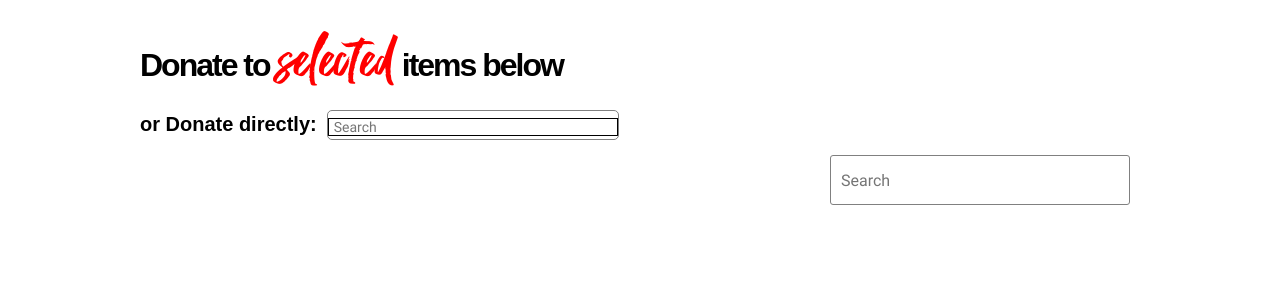
Repository: David-Waite/edableStyleChanges
Page: /
The author's editor kept a copy of each file at every save. The page is drawn from the files as they stood at one save, then again after the next save.
The browser window is 1280 px wide. The pictures show the whole page.
The project was rebuilt for these pictures with package versions that can differ from the ones it lists, and the page was loaded fresh each time. Also part of the build but not shown: src/components/Item/ProgressBar.css, src/components/Volunteer/Volunteer.tsx, src/components/DonorForm/Message.css, src/components/Volunteer/VolunteerError.tsx, src/components/Default.tsx, src/components/DonorForm/Paypal.tsx, src/components/DonorForm/DonorForm.tsx, src/components/DonorForm/PastDonations.css and 8 more.

Above is the page before, as saved 2022-11-09 19:17:31.

### public/index.html
<!DOCTYPE html>
<html lang="en">
  <head>
    <meta charset="utf-8" />
    <link rel="icon" href="%PUBLIC_URL%/favicon.ico" />
    <meta name="viewport" content="width=device-width, initial-scale=1" />
    <meta name="theme-color" content="#000000" />
    <meta name="description" content="EdAble Donations System" />
    <link rel="apple-touch-icon" href="%PUBLIC_URL%/logo192.png" />
    <link rel="manifest" href="%PUBLIC_URL%/manifest.json" />
    <link
      rel="stylesheet"
      href="https://cdn.jsdelivr.net/npm/bootstrap@5.2.0-beta1/dist/css/bootstrap.min.css"
      integrity="sha384-0evHe/X+R7YkIZDRvuzKMRqM+OrBnVFBL6DOitfPri4tjfHxaWutUpFmBp4vmVor"
      crossorigin="anonymous"
    />
    <title>EdAble Donations</title>
  </head>
  <body>
    <noscript>You need to enable JavaScript to run this app.</noscript>
    <div id="root"></div>
  </body>
  <script src="./iframeResizer.contentWindow.min.js"></script>
</html>

### src/index.tsx
import React from 'react';
import ReactDOM from 'react-dom/client';
import './index.css';
import App from './App';
import reportWebVitals from './reportWebVitals';
import './fonts/Roboto/Roboto-Medium.ttf';
import './fonts/Lora/Lora-VariableFont_wght.ttf';

const root = ReactDOM.createRoot(
  document.getElementById('root') as HTMLElement
);
root.render(
  <React.StrictMode>
    <App />
  </React.StrictMode>
);

// If you want to start measuring performance in your app, pass a function
// to log results (for example: reportWebVitals(console.log))
// or send to an analytics endpoint. Learn more: https://bit.ly/CRA-vitals
reportWebVitals();

### src/index.css
body {
  margin: 0;
  -webkit-font-smoothing: antialiased;
  -moz-osx-font-smoothing: grayscale;
}

code {
  font-family: source-code-pro, Menlo, Monaco, Consolas, "Courier New",
    monospace;
}

* {
  box-sizing: border-box;
}

#page-wrap {
  padding-bottom: 10px;
  padding-top: 10px;
}
@font-face {
  font-family: "Roboto";
  src: local("Roboto"),
    url("./fonts/Roboto/Roboto-Medium.ttf") format("truetype");
}

@font-face {
  font-family: "Lora";
  src: local("Lora"),
    url("./fonts/Lora/Lora-VariableFont_wght.ttf") format("truetype");
}

@font-face {
  font-family: "black_stonealternative";
  src: local("blackStone"),
    url("./fonts/BlackStone/blackstone-alternative-webfont.woff") format("woff");
}

h1 {
  font-family: "Roboto";
  font-style: normal;
  font-weight: 700;
  font-size: 52px;
  line-height: 64px;
  /* identical to box height, or 123% */
  color: #000000;
}

h2 {
  font-family: "Lora";
  font-style: normal;
  font-weight: 700;
  font-size: 47px;
  line-height: 60px;
  /* identical to box height, or 128% */
  color: #f1f1f1;
}

h3 {
  font-family: "Lora";
  font-style: normal;
  font-weight: 700;
  font-size: 40px;
  line-height: 51px;
  color: #c4c4c4;
}

h4 {
  font-family: "Roboto";
  font-style: normal;
  font-weight: 700;
  font-size: 35px;
  line-height: 43px;
  /* identical to box height, or 123% */
  letter-spacing: 0.02em;
  color: #000000;
}

h5 {
  font-family: "Roboto";
  font-style: normal;
  font-weight: 700;
  font-size: 28px;
  line-height: 44px;
  /* identical to box height, or 157% */
  color: #000000;
}

h6 {
  font-family: "Roboto";
  font-style: normal;
  font-weight: 700;
  font-size: 21px;
  line-height: 25px;
  /* identical to box height */
  color: #000000;
}

body {
  font-family: "Roboto";
  font-style: normal;
  font-weight: 400;
  font-size: 21px;
  line-height: 32px;
  /* identical to box height, or 152% */
  color: #000000;
}

### src/App.tsx
import React from "react";
import "./App.css";
import { BrowserRouter, Routes, Route } from "react-router-dom";

import { PayPalScriptProvider } from "@paypal/react-paypal-js";
import Base from "./components/Base";
import Landing from "./components/Landing/Landing";
import Volunteer from "./components/Volunteer/Volunteer";
import VolunteerError from "./components/Volunteer/VolunteerError";
import Default from "./components/Default";
import Organisation from "./components/Organisation/Organisation";
import ItemPage from "./components/Item/ItemPage";
import Success from "./components/DonorForm/Success";
import Cancel from "./components/DonorForm/Cancel";
import PastDonations from "./components/DonorForm/PastDonations";
import PastItemDonations from "./components/DonorForm/PastItemDonations";
import DonateTime from "./components/Volunteer/DonateTime";

function App() {
  return (
    <PayPalScriptProvider
      options={{
        "client-id":
        process.env.REACT_APP_PAYPAL_CLIENT_ID||"ATT3Tn46NrmHggGqVC4mzWOZWlnbp2ID9DA0yQnhsgqPFIVPPlLhfSI_-atbZc3aN7n_k7wUVTyQJMnI",
        currency: "AUD",
      }}
    >
      <BrowserRouter>
        <Routes>
          <Route path="/" element={<Base />}>
            <Route path="/" element={<Landing />} />
            <Route path="volunteer" element={<Volunteer />} />
            <Route path="success" element={<Success />} />
            <Route path="organisation/:orgId" element={<Organisation />} />
            <Route path="cancel/:orgId" element={<Cancel />} />
            <Route path="volunteererror/:orgId" element={<VolunteerError />} />
            <Route path="organisation/:orgId" element={<PastDonations />} />
            <Route path="item/:orgID/:itemID" element={<ItemPage />} />
            <Route path="item/:orgID/:itemID" element={<PastItemDonations />} />
            <Route path="volunteer/organisation/:orgId" element={<DonateTime />} />
            <Route path="volunteer/success" element={<Success />} />

            {/* Using path="*"" means "match anything", so this route
                acts like a catch-all for URLs that we don't have explicit
              routes for. */}
            <Route path="*" element={<Default />} />
          </Route>
        </Routes>
      </BrowserRouter>
    </PayPalScriptProvider>
  );
}

export default App;

### src/App.css
.App {
  text-align: center;
}

.App-logo {
  height: 40vmin;
  pointer-events: none;
}

@media (prefers-reduced-motion: no-preference) {
  .App-logo {
    animation: App-logo-spin infinite 20s linear;
  }
}

.App-header {
  background-color: #282c34;
  min-height: 100vh;
  display: flex;
  flex-direction: column;
  align-items: center;
  justify-content: center;
  font-size: calc(10px + 2vmin);
  color: white;
}

.App-link {
  color: #61dafb;
}

@keyframes App-logo-spin {
  from {
    transform: rotate(0deg);
  }
  to {
    transform: rotate(360deg);
  }
}

.font-face-rob {
  font-family: "Roboto";
}

.font-face-lora {
  font-family: "Lora";
}

.font-face-Black {
  font-family: "black_stonealternative";
}

### src/components/Base.tsx
import { Outlet } from 'react-router-dom';

function BasePage() {
  return (
    <>
      {/* An <Outlet> renders whatever child route is currently active,
          so you can think about this <Outlet> as a placeholder for
        the child routes we defined above. */}
      <Outlet/>
    </>
  );
}

export default BasePage;

### src/components/Landing/Landing.tsx
import { useEffect, useState } from "react";
import "./Landing.css";
import { Link } from "react-router-dom";
import { db } from "../../config/firebase";
import { collection, query, onSnapshot, where } from "firebase/firestore";
import { Button, Container, Carousel, Row, Col } from "react-bootstrap";
import { ReactComponent as InclusionHero } from "./InclusionHero.svg";

import Sidebar from "./Sidebar";
import ItemsCollection from "./ItemsCollection";
import Organisation from "../Organisation/Organisation";

function Landing() {
  const [orgList, setOrgList] = useState<any>([]);

  // gets all the orgs from dbs
  useEffect(() => {
    const q = query(
      collection(db, "Organisations"),
      where("activeStatus", "==", true)
    );
    onSnapshot(q, (querySnapshot) => {
      // setOrgList dumps all the orgs in orgList
      setOrgList(
        querySnapshot.docs.map((doc) => ({
          id: doc.id,
          data: doc.data(),
        }))
      );
    });
  }, []);

  useEffect(() => {
    window.scrollTo(0, 0);
  }, []);

  return (
    //   these lines set up the format of the page
    <>
      <div className="landing">
        {/* Burger menu */}

        <div className="App" id="outer-container">
          {/* Carousel */}
          <div className="slideshowCon">
            <Row>
              <Col>
                <div className="carouselContainer">
                  <Carousel
                    touch={true}
                    interval={4000}
                    indicators={true}
                    variant="light"
                  >
                    {orgList.map((org: any) => (
                      <Carousel.Item
                        key={org.id.toString()}
                        style={{
                          textAlign: "left",
                        }}
                      >
                        <Link
                          to={`organisation/${org.id}`}
                          style={{
                            textDecoration: "none",
                            color: "black",
                          }}
                        >
                          {/* this div contains the carousel item's contents and makes the whole carousel item a link (based on link tag above) */}
                          <div className="carousel-contents">
                            <img
                              className="carouselImage"
                              src={`${org.data.img}`}
                            />

                            <div className="caroursel-text">
                              <div className="carousel-contents-bottom">
                                <div>
                                  {" "}
                                  <h2 className="title">{org.data.name}</h2>
                                  <p className="orgSummary">
                                    {org.data.summary}
                                  </p>
                                </div>

                                <Button
                                  className="btnContribute"
                                  variant="warning"
                                >
                                  DONATE TO&#160;
                                  {org.data.name.toUpperCase()}!
                                </Button>
                              </div>
                            </div>
                          </div>
                        </Link>
                      </Carousel.Item>
                    ))}
                  </Carousel>
                </div>
              </Col>
            </Row>
          </div>
        </div>

        <div>
          <h2 className="pageTitle">
            Donate to <span>selected</span> items below
            <br />
          </h2>
          <div className="selectOrgCon">
            <h2 className="selectOrg">or Donate directly:</h2>
            <div className="orgSearchBar">
              <input className="input" type="text" placeholder="Search" />
            </div>
          </div>
        </div>

        <ItemsCollection orgList={orgList} />
      </div>
    </>
  );
}

export default Landing;

### src/components/Landing/Landing.css
.carousel-control-next,
.carousel-control-prev {
  width: 10%;
}

.landing {
  max-width: 1000px;

  margin: 0px auto 90px;
}
.pageTitle {
  font-size: 32px;
  color: black;
  font-family: sans-serif;
  margin-top: 60px;
  margin-bottom: 40px;
  letter-spacing: -2px;
  line-height: 0px;
  font-weight: 700;
}

.title {
  font-size: 32px;
  color: white;
  font-family: sans-serif;
}
.pageTitle span {
  font-family: "black_stonealternative";
  margin-left: 0px;
  margin-right: 0px;
  font-size: 55px;
  letter-spacing: 1px;
  font-weight: 100;
}

.selectOrg {
  font-size: 20px;
  color: black;
  font-family: sans-serif;
  padding-top: 5px;
  font-weight: 700;
}
.selectOrgCon {
  height: 40px;
  display: flex;
  align-items: center;
  margin-bottom: 0px;
}

.orgSearchBar input {
  height: 30px;
  display: flex;
  align-items: center;
}

.orgSearchBar input::placeholder {
  padding-left: 5px;
  font-size: 14px;
  border: 1px solid black;
}

.orgSearchBar {
  margin-left: 10px;
}
.col {
  padding: 0;
}

.navBarContainer {
  margin-left: 30px;
  margin-top: 10px;
  position: absolute;
  color: white;
}

.carousel {
  /* margin: 3px; */
  /* border-radius: 30px; */

  color: white;
  /* height: ; */
}

.carouselImage {
  object-fit: cover;
  height: calc(500px - 140px);
}

.carousel-contents {
  display: flex;

  flex-direction: column;
  justify-content: flex-end;

  color: white;
  height: 500px;
}

.carousel-indicators {
  margin-bottom: 10px;
}

.carousel-contents-bottom {
  display: flex;
  align-items: center;
  justify-content: space-between;
  gap: 10px;

  margin-bottom: 30px;
}

.caroursel-text {
  padding: 0px 25px;
  height: 140px;
  background-color: #333333;
}

.btnContribute {
  background-color: #e50040;
  color: white;
  border: none;
  border-radius: 3px;
}

.btnContribute span {
  margin-left: 3px;
  font-size: 16px;
  font-weight: 400;
  color: white;
}

.btnContribute div {
  font-size: 16px;
  font-weight: 400;
  margin: 0;
}

.btnContribute:hover {
  background-color: #d4033e;
  color: white;
}

.orgSummary {
  font-size: 16px;
  line-height: 25px;
  margin-bottom: 0px;
}

.imgCarousel {
  width: 100%;
  height: 600px;
}

.orgList {
  font-family: sans-serif;
  font-size: 20px;
  color: black;
}

.orgListCon {
  display: flex;
  align-items: center;
}
@media (max-width: 1040px) {
  .landing {
    padding: 0 20px;
  }
}

@media (max-width: 900px) {
  .title {
    font-size: 28px !important;
  }
}

@media (max-width: 800px) {
  .carousel-contents-bottom {
    flex-direction: column;
    align-items: flex-start;

    gap: 0px;
  }
  .caroursel-text {
    height: 200px;
  }
}

@media (max-width: 500px) {
  .btnContribute div {
    width: 100%;
  }

  .caroursel-text {
    height: 220px;
  }
}

@media (max-width: 370px) {
  .btnContribute {
    margin-top: -10px;
    font-size: 10px;
  }
}

@media (max-width: 325px) {
  .btnContribute span {
    font-size: 9px;
  }
}

/* #carousel-indicators {
    color:rgb(17, 0, 61)
} */

/* Button {
  font-size: x-small;
  style={{ backgroundImage: `url(${org.data.img})` }}




   <img
                              className="imgCarousel"
                              src={org.data.img}
                              alt={`${org.data.name}` + "'s logo"}
                            />
} */

### src/components/Landing/ItemsCollection.tsx
import { useState, useEffect } from "react";
import {
  collectionGroup,
  query,
  onSnapshot,
  collection,
  where,
  getDocs,
} from "firebase/firestore";
import { db } from "../../config/firebase";
import Card from "react-bootstrap/Card";
import ProgressBar from "react-bootstrap/ProgressBar";
import { Link } from "react-router-dom";
import styles from "./ItemsCollection.module.css";
import "../Item/ProgressBar.css";

function ItemsCollection(props: any) {
  const [itemList, setItemList] = useState<any>([]);
  const [search, setSearch] = useState<string>("");

  useEffect(() => {
    const q = query(
      collectionGroup(db, "Items"),
      where("activeStatus", "==", true)
    );

    onSnapshot(q, async (querySnapshot) => {
      setItemList(
        querySnapshot.docs.map((doc) => ({
          id: doc.id,
          data: doc.data(),
          parentDoc: doc.ref.parent.parent?.id,
        }))
      );
    });
  }, []);

  function mergeLists() {
    const mergeList: any = [];
    itemList.map((item: any) => {
      props.orgList.map((org: any) => {
        if (item.parentDoc === org.id) {
          if (item.data.activeStatus === true) {
            mergeList.push({
              ...item,
              orgName: org.data.name,
              orgActiveStatus: org.data.activeStatus,
            });
          }
        }
      });
    });
    return mergeList;
  }

  const mergeList = mergeLists();

  const handleChange = (e: React.ChangeEvent<HTMLInputElement>) => {
    setSearch(e.target.value);
  };
  const filteredItems = mergeList.filter((item: any) =>
    item.data.name.toLowerCase().includes(search.toLowerCase())
  );

  return (
    <>
      <div className={styles.containerDiv}>
        <div
          className={styles.searchBar}
          style={{
            borderRadius: "3px",
            display: "flex",
            alignItems: "right",
            justifyContent: "right",
          }}
        >
          <input
            style={{ fontSize: "16px" }}
            className={styles.input}
            type="text"
            onChange={handleChange}
            placeholder="Search"
          />
        </div>

        <div className={styles.cardParentDiv}>
          {filteredItems.map((item: any) => (
            <div key={item.id.toString()} className={styles.cards}>
              <div className={styles.cardImage}>
                <img src={item.data.img} alt={`Image of  ${item.data.name}`} />
              </div>

              <div className={styles.cardBody}>
                <div>
                  <h3 className={styles.cardTitle}>
                    {item.orgName}:
                    <br />
                    <span>{item.data.name}</span>
                  </h3>

                  <p className={styles.cardDes}>{item.data.summary}</p>
                </div>

                <div className={styles.bottomHalfCard}>
                  <p>
                    ${item.data.totalDonationsValue || 0} of $
                    {item.data.initialPrice}
                  </p>
                  <ProgressBar
                    striped
                    now={
                      item.data.totalDonationsValue
                        ? (item.data.totalDonationsValue /
                            item.data.initialPrice) *
                          100
                        : 0
                    }
                    label={`${Math.round(
                      (item.data.totalDonationsValue / item.data.initialPrice) *
                        100
                    )}%`}
                  />
                  <Link
                    style={{
                      textDecoration: "none",
                      color: "black",
                    }}
                    to={`item/${item.parentDoc}/${item.id}`}
                  >
                    <div className={styles.btn}>DONATE NOW!</div>
                  </Link>
                </div>
              </div>
            </div>
          ))}
        </div>
      </div>
    </>
  );
}

export default ItemsCollection;

### src/components/Organisation/Organisation.module.css
.body {
  background-color: black;
}

* {
  margin: 0;
  padding: 0;
}

img {
  max-width: 100%;
}

.section {
  max-width: 1000px;
  margin: 0 auto;
  background-color: white;
}

.orgName,
.volunteerOrgName span {
  font-family: "black_stonealternative";
  margin-left: 0px;
  margin-right: 0px;
  font-size: 55px;
  font-weight: 100;
  color: #5e17a9;
  line-height: 45px;
}

.orgNameSpan,
.volunteerOrgName {
  font-size: 32px;
  color: black;
  font-family: sans-serif;
  font-weight: 600;
  line-height: normal;
}
.volunteerOrgName span {
  color: #5e17a9;
}
.line {
  margin: 20px 0 30px;
  height: 3px;
  width: 70px;
  background-color: #511493;
}

.itemName {
  font-size: 32px;
  color: black;
  font-family: sans-serif;
  font-weight: 600;
  line-height: normal;
}

.itemImgDesktop {
  margin-bottom: 20px;
}

.sideIdmage {
  display: flex;
  flex-direction: column;
}

.itemImgMobile,
.mobileSideImg {
  display: none;
}

.itemName span {
  color: #511493;
  font-size: 33px;
}

.des {
  margin-top: 20px;
  font-size: 16px;
  font-weight: 100;
  line-height: 25px;
  color: #333333;
}
.mainContent {
  margin-top: 40px;
  display: grid;
  grid-template-columns: 1fr 1.5fr;
  gap: 80px;
}
.btn {
  display: flex;
  align-items: center;
  height: 40px;
  color: white;

  border-radius: 3px !important;
  font-size: 16px;
  font-weight: 400;
  padding: 0 15px;
}

a {
  text-decoration: none !important;
}
.websiteBtn {
  height: 40px;

  border-radius: 3px !important;
  font-size: 16px;
  font-weight: 400;
  padding: 10px 15px;

  color: white;
  background-color: #511493;
}
.btn:hover {
  color: white;
}

.goBack {
  background-color: #e50040;
}

.goBack:hover {
  background-color: #f16800;
}

.orgImg {
  width: 100%;
  height: 500px;
  object-fit: cover;
}

.website {
  padding: 30px;
  margin-top: 10px;
  background: linear-gradient(58.89deg, #5e17a9 31.3%, #e50040 67.75%);
  color: white;
}

.website div {
  margin-top: 10px;
}
.website a {
  background-color: #e50040;
  width: 100%;
  color: white;
  border-radius: 3px !important;
  font-size: 16px;
  font-weight: 400;
  padding: 10px 15px;
}

.header {
  margin: 10px 0;
  display: flex;
  gap: 10px;

  align-items: center;
}

h6 {
  margin-top: 30px;
  font-size: 33px;
  font-weight: 400;
  line-height: 30px;
}

h6 div {
  font-family: "black_stonealternative";
  margin-top: 30px;
  color: #5e17a9;
  font-size: 55px;
  letter-spacing: 1px;
  font-weight: 100;
}

.orgDescription {
  margin-top: 20px;
  font-size: 16;
}

.formCon {
  margin-top: 20px;
}

.btnPurple {
  background-color: #511493;
}
.topItem {
  display: flex;
  align-items: center;
  gap: 40px;
}

.backButton {
  margin-top: 30px;
  color: white;
  border-radius: 3px;
  background-color: #e50040;
  border: none;
}

.backButton:hover {
  color: white;

  background-color: #d4033e;
}

.topButton:hover {
  background-color: #f16800;
}

.card {
  border-radius: 3px;
  border: none;

  background-color: #f4f4f4;
}

.card img {
  width: 100%;
}

.cardContent {
  padding: 20px;
}

.cardTitle {
  font-size: 18px;
  color: black;
  font-family: sans-serif;
  height: auto;
  line-height: 25px;
}

.cardDes {
  margin-top: 0px;
  color: rgb(29, 29, 29);
  font-size: 16px;
  letter-spacing: 0.1px;
  line-height: 20px;
  font-weight: 400;
}

@media (max-width: 1040px) {
  .section {
    padding: 0 20px;
  }
}
@media (max-width: 700px) {
  .content {
    padding: 0 20px 50px;
  }
  .formContainer {
    padding: 30px 20px;
  }
  .topItem {
    display: flex;
    flex-direction: column;
    gap: 40px;
  }
  .card {
    width: 100%;
  }
}

@media (max-width: 900px) {
  .mainContent {
    display: grid;
    grid-template-columns: 1fr;
    gap: 20px;
    margin-bottom: 10px;
  }
  .itemImgDesktop,
  .desktopSideImg {
    display: none;
  }
  .mobileSideImg {
    display: block;
  }

  .itemImgMobile {
    display: block;
    width: 100%;
  }
}

@media (max-width: 500px) {
  label {
    font-size: 10px;
  }

  h6 {
    font-size: 25px;
  }
  h6 span {
    font-size: 40px;
  }
  .btn {
    font-size: 12px;
  }
}

### src/components/Landing/ItemsCollection.module.css
.containerDiv {
  /* background-color: rgb(212, 238, 249); */
  border-radius: 40px;
}

.searchBar {
  border-radius: 3px !important;
  padding: 0;
}
.title {
  font-size: 32px;
  color: black;
  font-family: sans-serif;
  margin-top: 60px;
  margin-bottom: 40px;

  letter-spacing: -2px;
}

.title span {
  font-family: "black_stonealternative";
  margin-left: 0px;
  margin-right: 0px;
  font-size: 55px;
  letter-spacing: 1px;
  font-weight: 100;
}

.input {
  margin: 10px;
  width: 300px;
  border-radius: 3px;
  padding: 2px 10px;
}

.cardParentDiv {
  margin-top: 20px;
  display: grid;
  grid-template-columns: 1fr 1fr 1fr;
  gap: 30px;
}

.bottomHalfCard {
  align-self: end;
}
.cardParentDiv img {
  width: 100%;
  height: 180px;
  object-fit: cover;
  padding: 0;
  margin: 0;
}

.cardImage {
  height: 180px;
}
.cardTitle {
  font-size: 18px;
  color: black;
  font-family: sans-serif;
  height: auto;
  line-height: 25px;
}

.cardTitle span {
  color: #e50040;
}

.cardDes {
  height: 60px;
  margin-top: 0px;
  color: rgb(29, 29, 29);
  font-size: 16px;
  letter-spacing: 0.1px;
  line-height: 16px;
  font-weight: 400;
}

.btn {
  text-decoration: none;
  color: white;
  display: flex;
  align-items: center;
  justify-content: center;
  height: 40px;
  margin-top: 10px;
  margin-bottom: -15px;
  text-align: center;
  border-radius: 3px;
  font-size: 16px;
  font-weight: 400;

  background-color: #5e17a9;
}

.cardBody {
  padding: 10px 10px 30px 10px;
}

.cards {
  border-radius: 3px;
  border: none;
  background-color: #f4f4f4;
}

@media (max-width: 1040px) {
  .cardParentDiv {
    grid-template-columns: 1fr 1fr;
    gap: 60px;
  }
  .input {
    width: calc(100vw - 40px);
  }
}

@media (max-width: 650px) {
  .cardParentDiv {
    grid-template-columns: 1fr 1fr;
    gap: 20px;
  }
}

@media (max-width: 600px) {
  .cardParentDiv {
    grid-template-columns: 1fr;
    gap: 20px;
  }
}

### src/components/DonorForm/DonorForm.css
.donorInfoContainer {
  background-color: rgb(238, 238, 238);
  padding: 20px 40px;
  border-radius: 3px;
}

.formTitle {
  color: #5e17a9;
}

.presetButtons {
  display: flex;
  align-items: center;
  justify-content: flex-start;
  margin-bottom: -20px;
}

label,
.or {
  padding: 5px 0;
  font-weight: lighter;
}

label span {
  color: rgb(176, 53, 53);
  margin-left: 2px;
}

input:disabled {
  background-color: rgb(197, 197, 197);
}

.checkbox {
  display: flex;
  justify-content: start;
  align-items: center;
}

.checkbox input {
  width: auto;
  margin-right: 5px;
}

.monthlyPayment {
  margin-top: 15px;
  margin-bottom: -25px;
}

.availablity {
  display: flex;
  gap: 60px;
  padding-bottom: 10px;
}

.isAron {
  margin-top: 15px;
}
.mailingList {
  margin-bottom: 15px;
}
input,
select {
  height: 50px;
  width: 100%;
  border: 0.1px solid;
  border-color: grey;
  border-radius: 5px;
}

select {
  padding: 15px 10px;
  border: none;
}

span {
  font-size: large;
  color: red;
}

.proceedPayBtn {
  color: white;
  background-color: #ff7000;
  border-color: #ff7000;
  margin-right: auto;
}

.proceedPayBtn:hover {
  background-color: #f16800;
  color: white;
}

button {
  border-radius: 4px;
  border: 1px solid rgb(215, 215, 215);
  padding: 5px 10px;
  font-size: 14px;
  margin: 5px;
  color: white;
  background-color: #ff7000;
  border-color: #ff7000;
}

button[type="submit"],
input[type="submit"] {
  background: #ec598f;
  color: white;
  text-transform: uppercase;
  border: none;
  margin-top: 40px;
  padding: 10px;
  font-size: 16px;
  font-weight: 400;
  letter-spacing: 10px;
}

Loaded but not shown: src/reportWebVitals.ts (common file); public/iframeResizer.contentWindow.min.js (library); src/config/firebase.js (25 lines, source omitted)

After the next save:
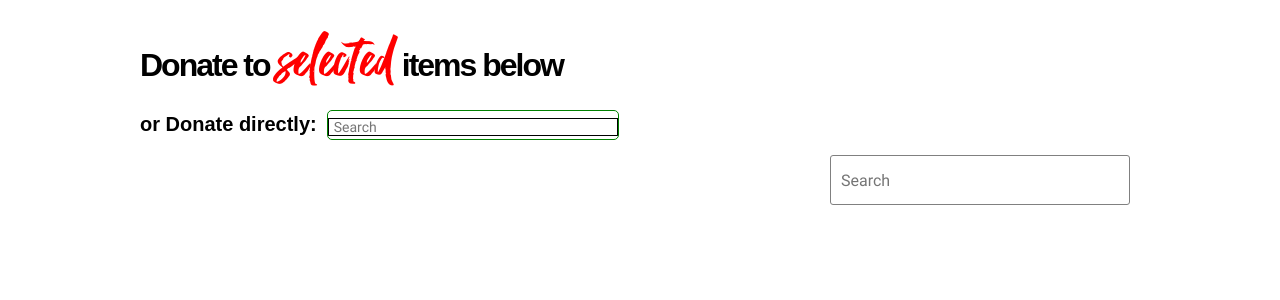
Saved 13 s later.
--- a/src/components/Landing/Landing.css
+++ b/src/components/Landing/Landing.css
@@ -51,6 +51,7 @@
   height: 30px;
   display: flex;
   align-items: center;
+  border: 1px solid green;
 }
 
 .orgSearchBar input::placeholder {

After the 2 saves that followed:
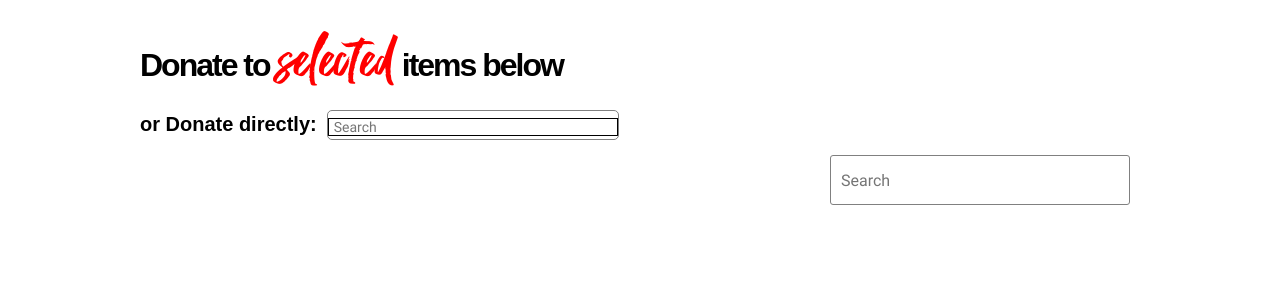
The 2 saves are shown as one change because 1 left the picture as it was.
The last was saved 15 s later.
--- a/src/components/Landing/Landing.css
+++ b/src/components/Landing/Landing.css
@@ -51,7 +51,6 @@
   height: 30px;
   display: flex;
   align-items: center;
-  border: 1px solid green;
 }
 
 .orgSearchBar input::placeholder {
